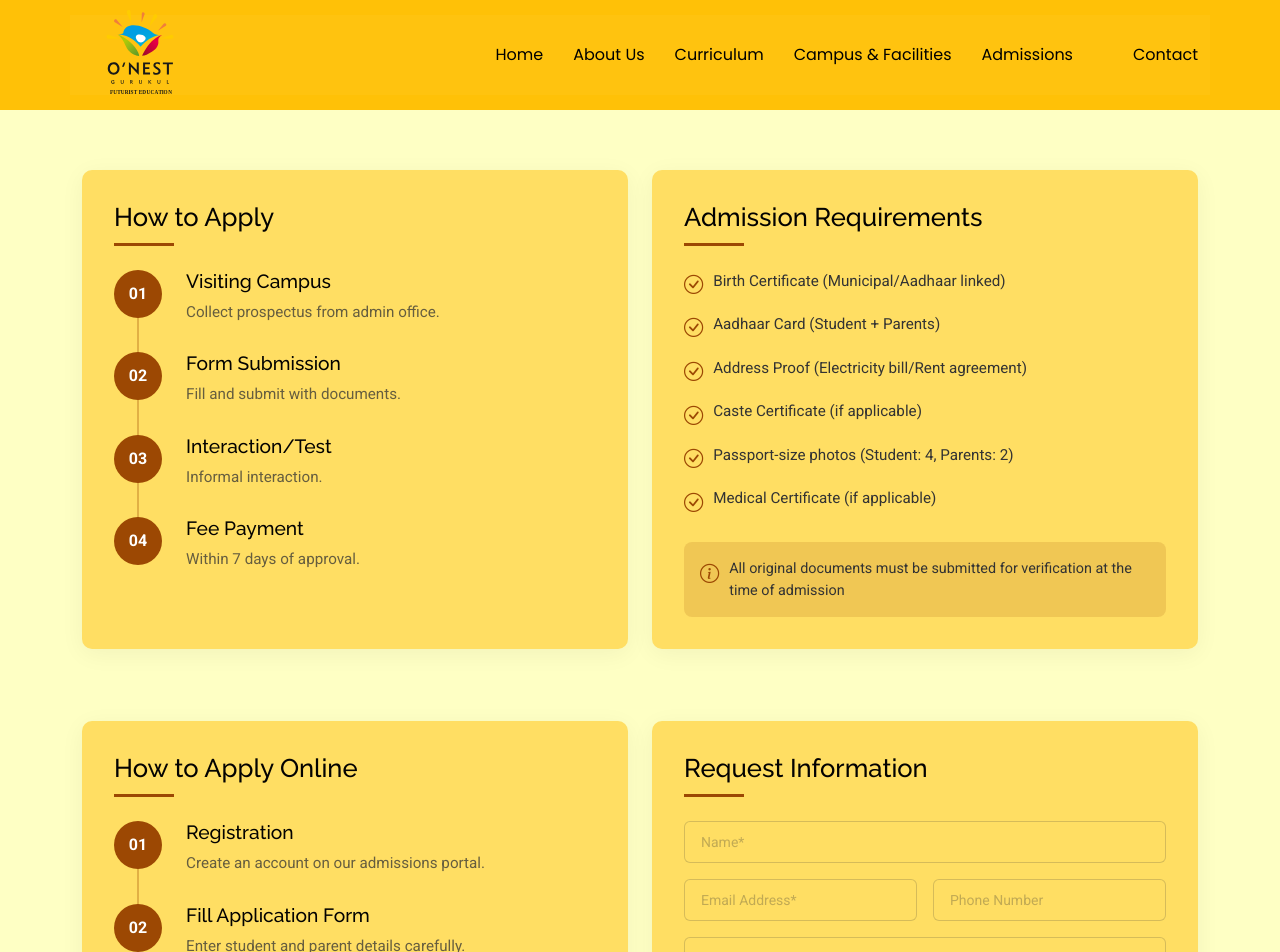
Repository: Indranil-sawant/Onestgurukul
Page: admissions.html
An editor plug-in stored every save of this project. The page is shown before and after the next save, followed by the edit.
The browser window is 1280 px wide. The pictures show the part of the page from y = 0 to 952 px (the page is 2744 px tall).
A picture or video elsewhere on the page could not be fetched, so the positions and the page height are approximate.

Above is the page before, as saved 2025-09-21 01:39:32.
Console error: TypeError: Cannot read properties of null (reading 'addEventListener')

After the next save:
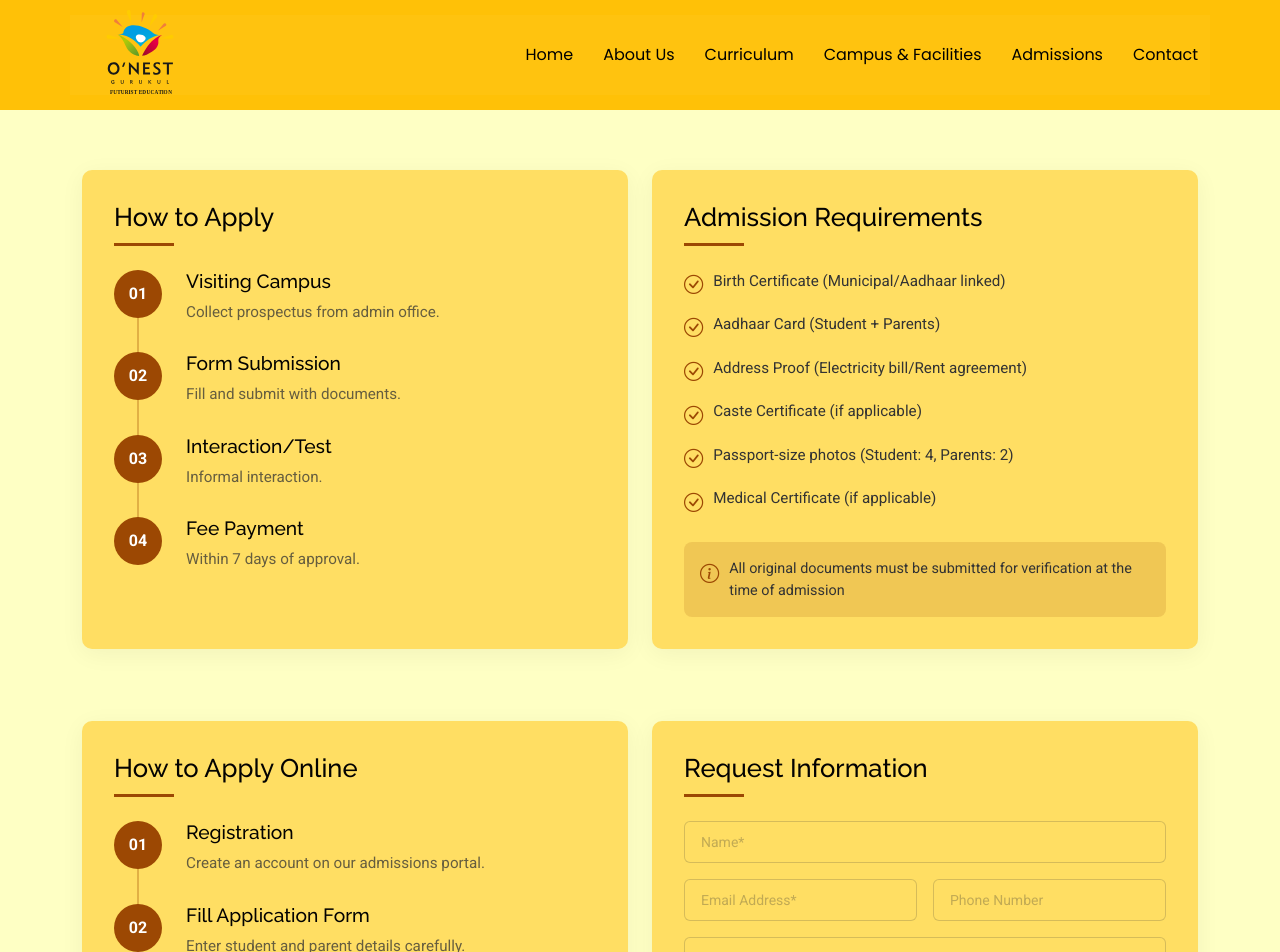
Saved 23 s later.
--- a/admissions.html
+++ b/admissions.html
@@ -38,16 +38,15 @@
         <img src="assets/img/onest.svg" alt="">
       </a>
 
-    <nav id="navmenu" class="navmenu">
+       <nav id="navmenu" class="navmenu">
         <ul>
-          <li><a href="index.html" class="">Home</a></li>
+          <li><a href="index.html" >Home</a></li>
           <li class="dropdown"><a href="about.html"><span>About Us</span></a>
           </li>
 
           <li><a href="students-life.html">Curriculum</a></li>
           <li><a href="campus-facilities.html">Campus &amp; Facilities</a></li>
           <li><a href="admissions.html">Admissions</a></li>
-          <li><a href="event-details.html"></a></li>
           <li><a href="contact.html">Contact</a></li>
         </ul>
         <i class="mobile-nav-toggle d-xl-none bi bi-list"></i>
